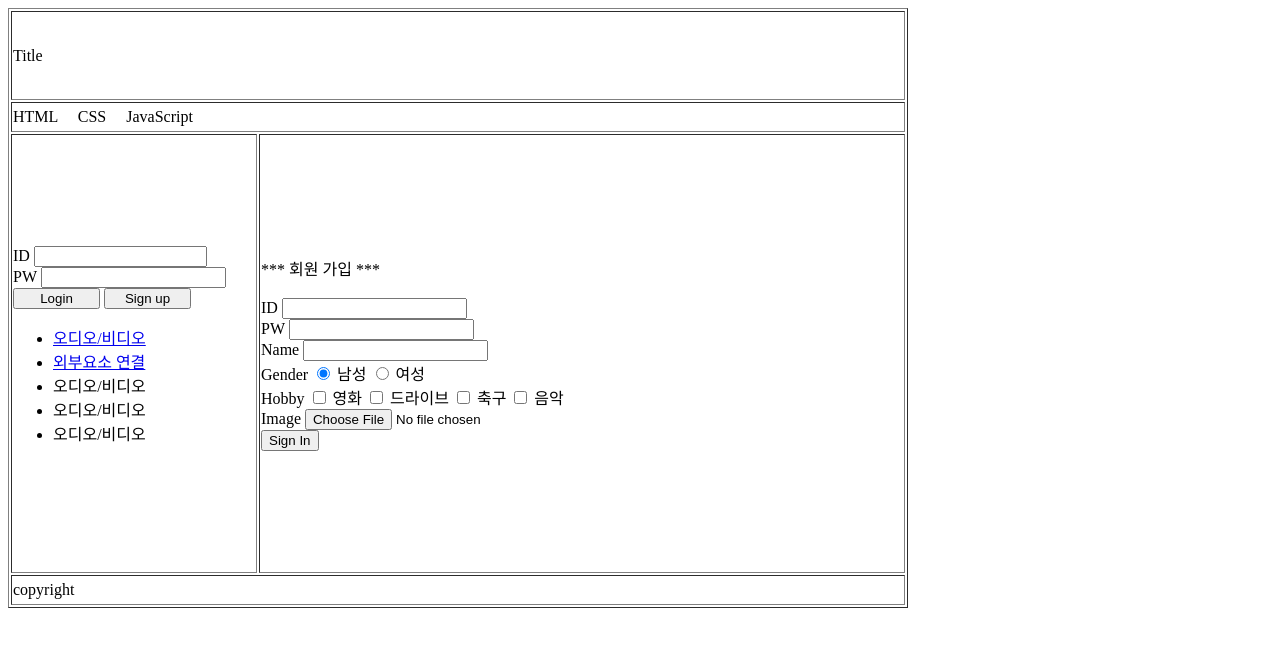
Repository: Hwangjiwon/MultiCampus
Page: http://localhost/2Study/jsp/member_insert.jsp
These files come from the project's save history. The page is drawn as it stood at one moment and after the next save; the edit follows.
The browser window is 1280 px wide. The pictures show the whole page.
The page is served by Tomcat 9. Other server files are loaded and not shown.

Above is the page before, as saved 2019-05-31 02:08:16.

### 2Study/WebContent/jsp/member_insert.jsp
<%@ page language="java" contentType="text/html; charset=UTF-8"
	pageEncoding="UTF-8"%>

<jsp:include page="header.jsp"></jsp:include>
<jsp:include page="side.jsp"></jsp:include>
<td>

	*** 회원 가입 *** <br> <br>

	<form action = "/2Study/Main?sign=member_insert" method="get">
		ID <input type = "text" name = "id" > <br>
		PW <input type = "text" name = "pw" > <br>
		Name <input type = "text" name = "name"> <br>
		Gender <input type = "radio" name = gender" value = "male" checked /> 남성
			<input type = "radio" name = gender" value = "female" /> 여성 <br>
		Hobby <input type ="checkbox" name = "hobby" value = "movie" /> 영화
			<input type ="checkbox" name = "hobby" value = "drive" /> 드라이브
			<input type ="checkbox" name = "hobby" value = "soccer" /> 축구
			<input type ="checkbox" name = "hobby" value = "music" /> 음악 <br>
		Image <input type = "file" name = "filename" > <br>

		<input type = "submit" value ="Sign In"/>
	</form>
</td>
</tr>

<jsp:include page="copyright.jsp"></jsp:include>

### 2Study/WebContent/jsp/header.jsp
<%@ page language="java" contentType="text/html; charset=UTF-8"
	pageEncoding="UTF-8"%>
<!DOCTYPE html>
<html>
<head>
<meta charset="UTF-8">
<title>HOME</title>
</head>
<body>
	<table border="1" width="900" height="600">
		<tr height="15%">
			<td colspan="2">Title</td>
		</tr>
		<tr height="5%">
			<td colspan="2">HTML &nbsp;&nbsp;&nbsp; CSS &nbsp;&nbsp;&nbsp;
				JavaScript</td>
		</tr>

### 2Study/WebContent/jsp/side.jsp
<%@ page language="java" contentType="text/html; charset=UTF-8"
	pageEncoding="UTF-8"%>
<tr>
	<td width="20%">
		<!-- Java code가 들어갈 수 있는 부분 -->
		<%
			String username = (String)session.getAttribute("username");
			if(username != null) { //login_ok
		%>

			${username}님, 환영합니다.

		<form action="/2Study/Main?sign=logout" method="post">
			<input type="submit" value="Logout">
		</form>

		<%
			} else {
		%>
			<!-- 절대경로화 해서 서블릿으로 요청 보내기 -->
			<form style="width: 242px;" method="post" action="/2Study/Main?sign=login">
				ID <input name="id" style="width: 165px;"><br>
				PW <input name="pw" type="password"><br>
					<input type="submit" value="Login" style="width: 87px;">
					<a href = "/2Study/jsp/member_insert.jsp">
						<input type="button" value="Sign up" style="width: 87px;">
					</a>
			</form>

		<%
			}
		%>

		<ul>
			<!-- Context명부터 써줘서 절대경로화! /프로젝트명/... -->
			<li><a href="/2Study/jsp/audio_video.jsp">오디오/비디오</a></li>
			<li><a href="/2Study/jsp/iframe.jsp">외부요소 연결</a></li>
			<li>오디오/비디오</li>
			<li>오디오/비디오</li>
			<li>오디오/비디오</li>
		</ul>
	</td>

### 2Study/WebContent/jsp/copyright.jsp
<%@ page language="java" contentType="text/html; charset=UTF-8"
	pageEncoding="UTF-8"%>

<tr height="5%">
	<td colspan="2">copyright</td>
</tr>
</table>

</body>
</html>

After the next save:
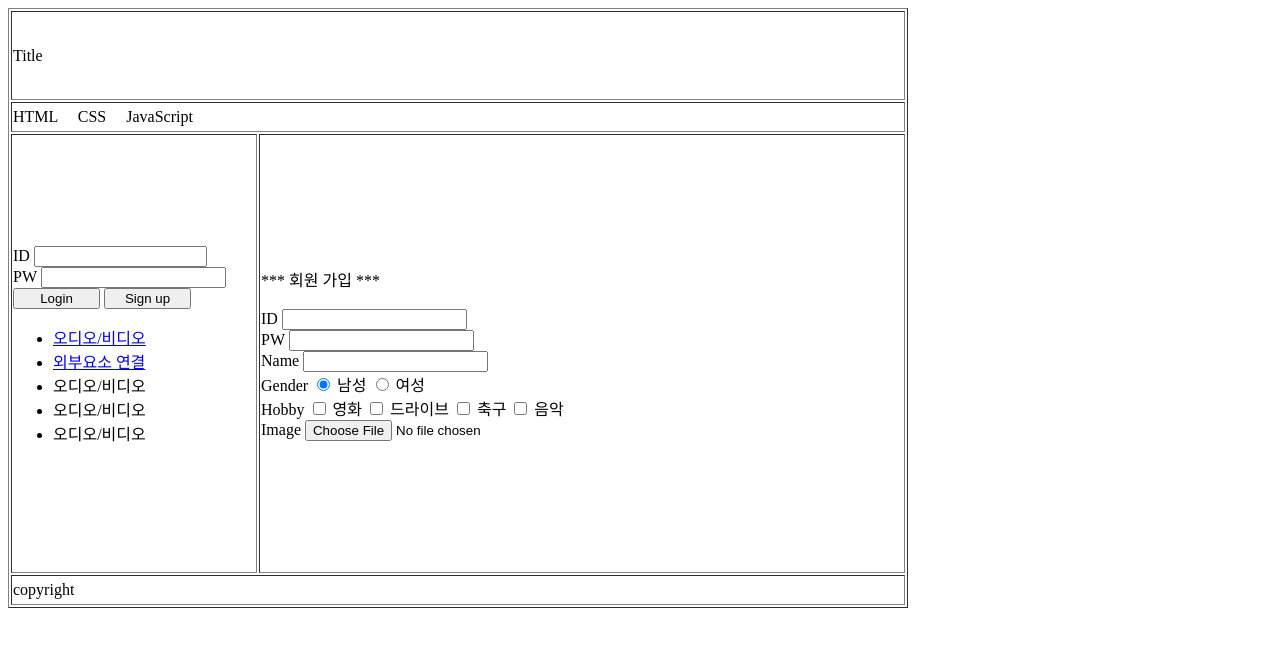
Saved 70 s later.
--- a/2Study/WebContent/jsp/member_insert.jsp
+++ b/2Study/WebContent/jsp/member_insert.jsp
@@ -18,8 +18,6 @@
 			<input type ="checkbox" name = "hobby" value = "soccer" /> 축구
 			<input type ="checkbox" name = "hobby" value = "music" /> 음악 <br>
 		Image <input type = "file" name = "filename" > <br>
-
-		<input type = "submit" value ="Sign In"/>
 	</form>
 </td>
 </tr>
